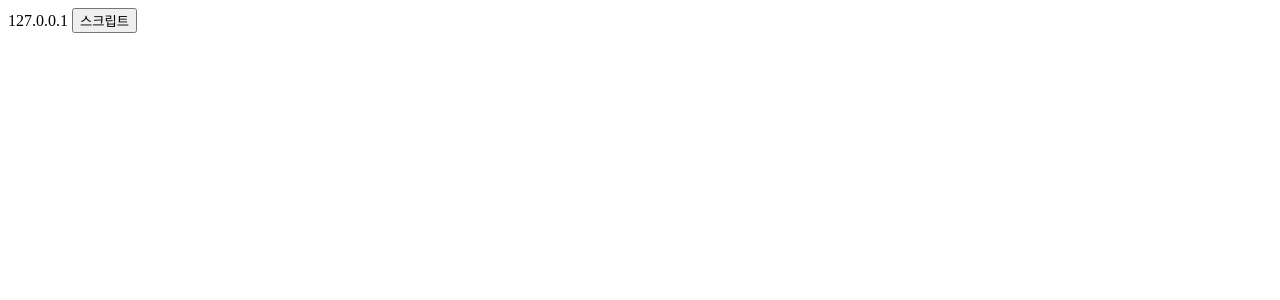
Repository: 1plus1equals3-true/Board-Project
Page: http://localhost/jsp/test/test.jsp
The author's editor kept a copy of each file at every save. The page is drawn from the files as they stood at one save, then again after the next save.
The browser window is 1280 px wide. The pictures show the whole page.
The page is served by Tomcat 9. Other server files are loaded and not shown.

Above is the page before, as saved 2025-09-12 05:03:28.

### jsp/src/main/webapp/test/test.jsp
<%@page import="java.util.Enumeration"%>
<%@page import="com.oreilly.servlet.multipart.DefaultFileRenamePolicy"%>
<%@page import="com.oreilly.servlet.MultipartRequest"%>
<%@page import="java.io.File"%>
<%@ page import="java.util.Date" %>
<%@ page import="java.text.SimpleDateFormat" %>
<%@ page import="java.io.IOException"%>
<%@ page import="java.nio.file.*"%>
<%@ page import="java.io.*" %>

<%@ page language="java" contentType="text/html; charset=UTF-8"
    pageEncoding="UTF-8"%>
<%@ page import="java.sql.*" %>
<%@ page import="lib.DB" %>

<script src="https://cdn.jsdelivr.net/npm/sweetalert2@9"></script>

<%
String ip = java.net.Inet4Address.getLocalHost().getHostAddress();
out.print(ip);
%>

<button type="button" onclick="changeColor()">스크립트</button>

<script>
function changeColor() {
	let userName = prompt("수정할 글");
	let pwd = prompt("pwd");


	if (userName !== null) {
		location.replace("../board/view.jsp?idx="+userName+"&pwd="+pwd);
	} else {
	  	console.log("이름 입력이 취소되었습니다.");
	}
}

</script>

After the next save:
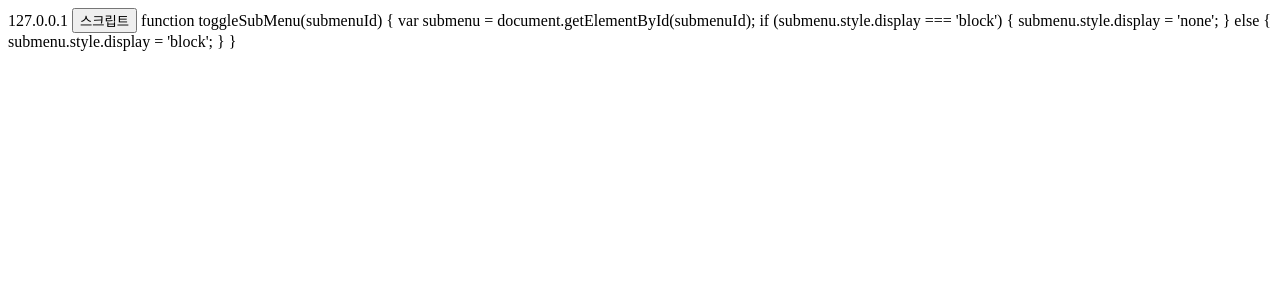
Saved 21 min 19 s later.
--- a/jsp/src/main/webapp/test/test.jsp
+++ b/jsp/src/main/webapp/test/test.jsp
@@ -36,3 +36,12 @@ function changeColor() {
 }
 
 </script>
+
+function toggleSubMenu(submenuId) {
+    var submenu = document.getElementById(submenuId);
+    if (submenu.style.display === 'block') {
+      submenu.style.display = 'none';
+    } else {
+      submenu.style.display = 'block';
+    }
+  }

After the save that followed:
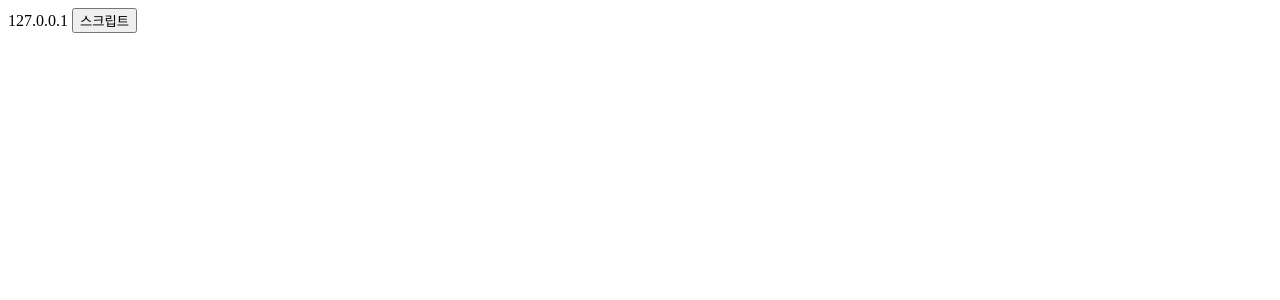
Saved 6 s later.
--- a/jsp/src/main/webapp/test/test.jsp
+++ b/jsp/src/main/webapp/test/test.jsp
@@ -36,7 +36,7 @@ function changeColor() {
 }
 
 </script>
-
+<script>
 function toggleSubMenu(submenuId) {
     var submenu = document.getElementById(submenuId);
     if (submenu.style.display === 'block') {
@@ -45,3 +45,4 @@ function toggleSubMenu(submenuId) {
       submenu.style.display = 'block';
     }
   }
+  </script>
